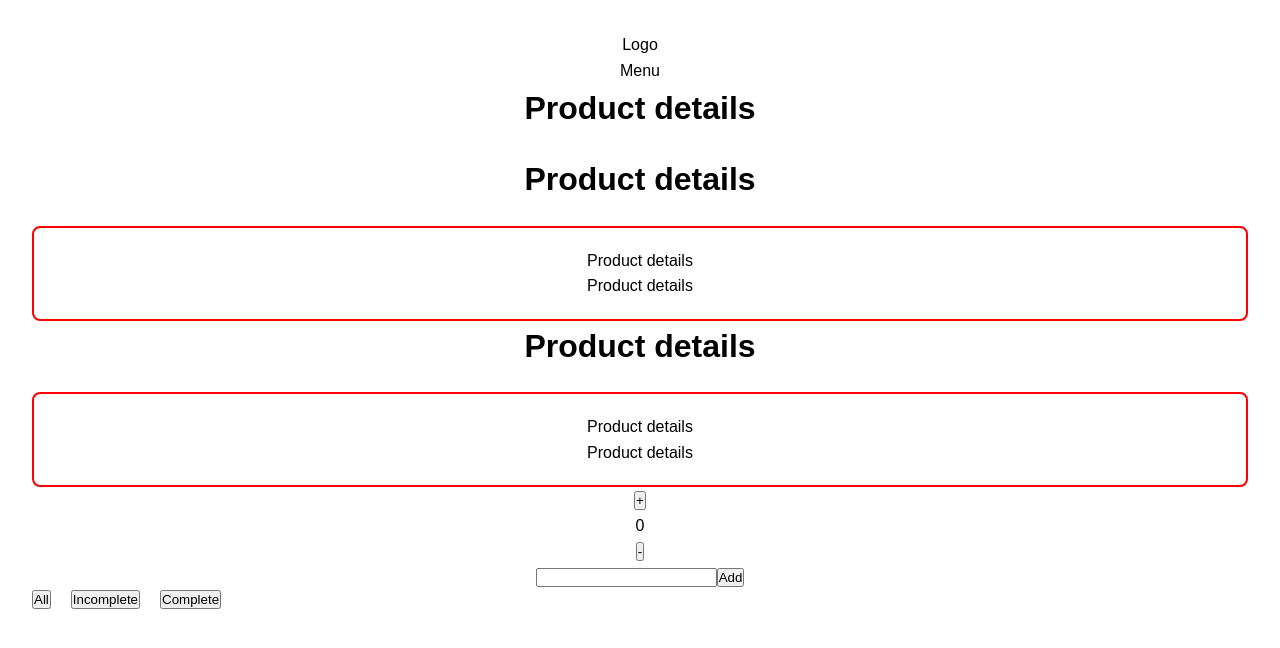
Repository: Manny1294/react-learning
Page: /
The author's editor kept a copy of each file at every save. The page is drawn from the files as they stood at one save, then again after the next save.
The browser window is 1280 px wide. The pictures show the whole page.
The project was rebuilt for these pictures with package versions that can differ from the ones it lists, and the page was loaded fresh each time. Also part of the build but not shown: vite.config.js, src/components/Toggle.jsx.

Above is the page before, as saved 2026-02-01 08:23:44.

After the next save:
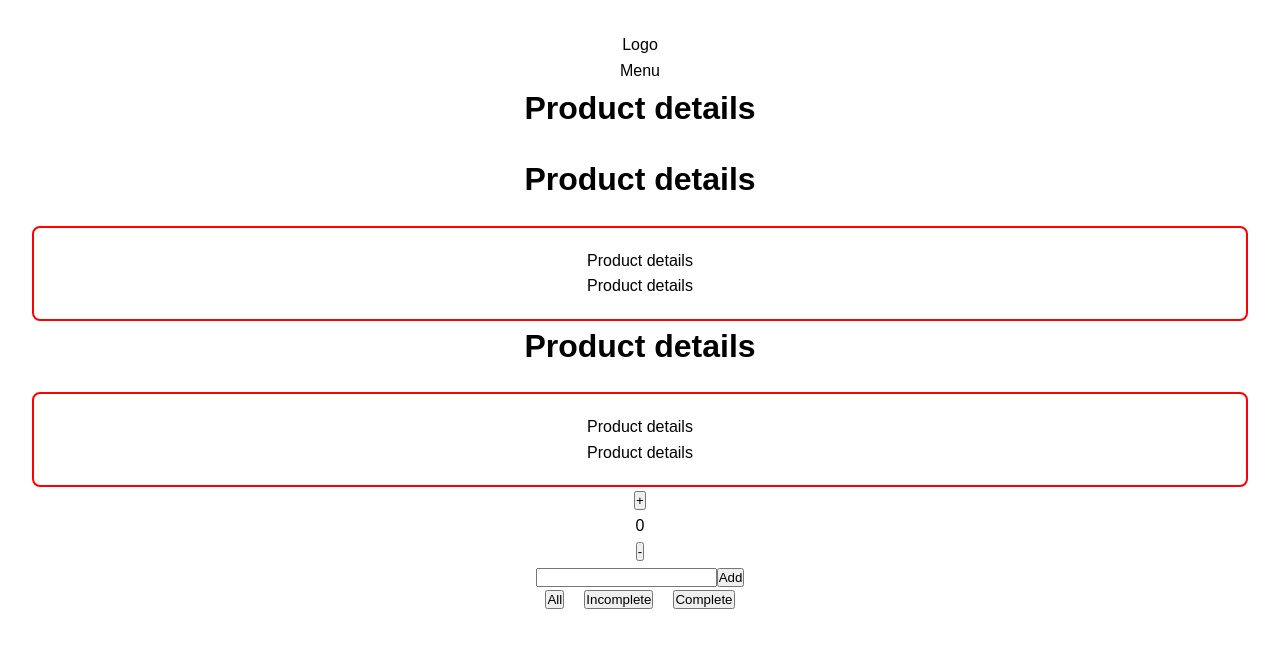
Saved 12 s later.
--- a/src/components/TodoList.jsx
+++ b/src/components/TodoList.jsx
@@ -41,7 +41,14 @@ export default function Todos() {
         ></input>
 
         <button onClick={addTodos}>Add</button>
-        <div style={{ display: "flex", gap: "20px", alignItems: "center" }}>
+        <div
+          style={{
+            display: "flex",
+            gap: "20px",
+            alignItems: "center",
+            justifyContent: "center",
+          }}
+        >
           <button>All</button>
           <button>Incomplete</button>
           <button>Complete</button>
